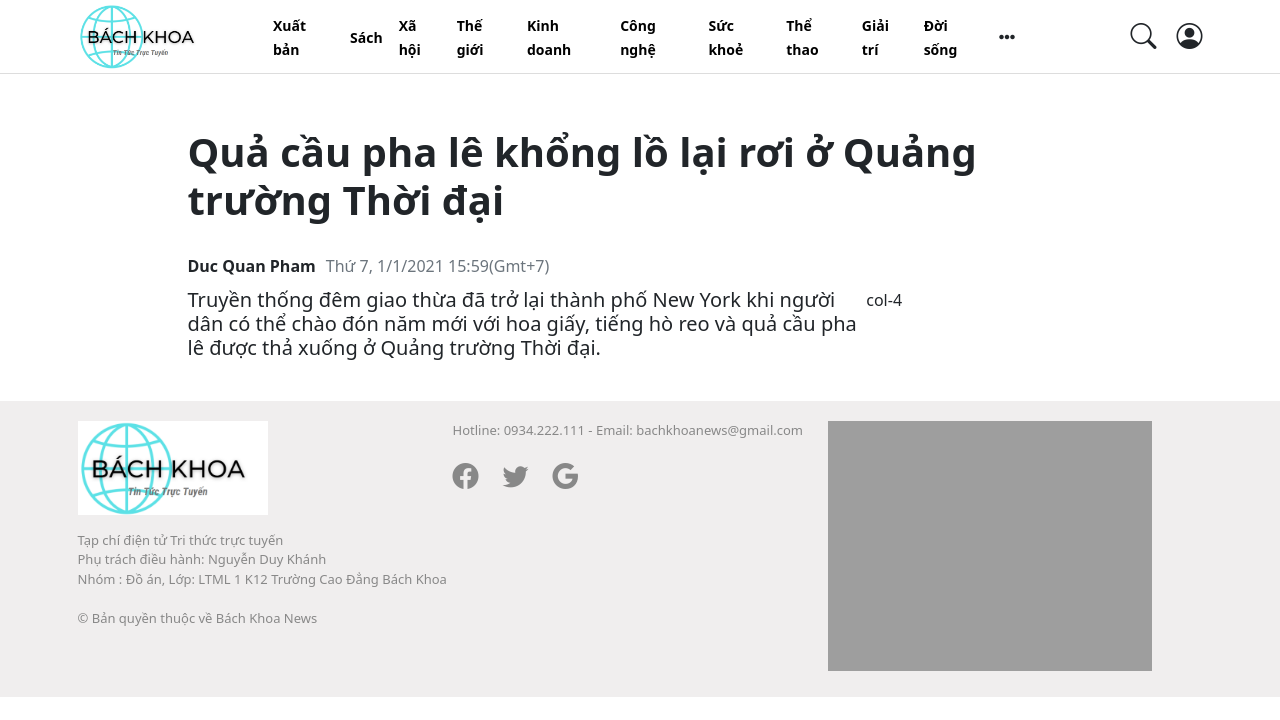
Repository: khanh2324/Java_Web
Page: WebContent/home-new/index.html
These files come from the project's save history. The page is drawn as it stood at one moment and after the next save; the edit follows.
The browser window is 1280 px wide. The pictures show the whole page.
Pictures or frames that could not be fetched are drawn as grey boxes. Some web libraries are served in a nearby version.

Above is the page before, as saved 2022-01-01 16:13:51.

### WebContent/home-new/index.html
<!DOCTYPE html>
<html lang="en">
<head>
    <meta charset="UTF-8">
    <meta http-equiv="X-UA-Compatible" content="IE=edge">
    <meta name="viewport" content="width=device-width, initial-scale=1.0">
    <title>Bách Khoa News</title>
    <!-- Icon Boostrap -->
    <link rel="stylesheet" href="https://cdn.jsdelivr.net/npm/bootstrap-icons@1.3.0/font/bootstrap-icons.css">
    <!-- Link Font -->
    <link href="https://fonts.googleapis.com/css2?family=Roboto:ital,wght@0,100;0,300;0,400;0,500;0,700;0,900;1,100;1,300;1,400;1,500;1,700;1,900&display=swap" rel="stylesheet">

    <!-- OWL -->
    <link rel="stylesheet" href="./css/owl.carousel.min.css">
    <link rel="stylesheet" href="./css/owl.theme.default.min.css">

    <!--Font Awesome -->
    <link rel="stylesheet" href="https://cdnjs.cloudflare.com/ajax/libs/font-awesome/5.15.4/css/all.min.css" integrity="sha512-1ycn6IcaQQ40/MKBW2W4Rhis/DbILU74C1vSrLJxCq57o941Ym01SwNsOMqvEBFlcgUa6xLiPY/NS5R+E6ztJQ==" crossorigin="anonymous" referrerpolicy="no-referrer" />
    <!-- CSS-->
    <link rel="stylesheet" href="./css/bootstrap.css">
    <link rel="stylesheet" href="./css/shared.css">
    <link rel="stylesheet" href="./css/style.css">
    <link rel="stylesheet" href="./css/responsive.css">
</head>
<body>
    <div class="main">
        <!-- Header -->
        <div class="header navbar navbar-expand-lg navbar-light fixed-top d-flex">
            <div class="container">

                <div class="col-lg-2 col-10 header-logo">
                    <a class="header-logo_link" href="#">
                        <div class="header-logo_img"></div>
                    </a>
                </div>

                <div class="col-lg-8 header-nav d-flex">
                    <ul class="header-nav_list d-lg-flex d-none">
                        <li class="header-nav_item">
                            <a href="" class="header-nav_link">Xuất bản</a>
                        </li>
                        <li class="header-nav_item">
                            <a href="" class="header-nav_link">Sách</a>
                        </li>
                        <li class="header-nav_item">
                            <a href="" class="header-nav_link">Xã hội</a>
                        </li>
                        <li class="header-nav_item">
                            <a href="" class="header-nav_link">Thế giới</a>
                        </li>
                        <li class="header-nav_item">
                            <a href="" class="header-nav_link">Kinh doanh</a>
                        </li>
                        <li class="header-nav_item">
                            <a href="" class="header-nav_link">Công nghệ</a>
                        </li>
                        <li class="header-nav_item">
                            <a href="" class="header-nav_link">Sức khoẻ</a>
                        </li>
                        <li class="header-nav_item">
                            <a href="" class="header-nav_link">Thể thao</a>
                        </li>
                        <li class="header-nav_item">
                            <a href="" class="header-nav_link">Giải trí</a>
                        </li>
                        <li class="header-nav_item">
                            <a href="" class="header-nav_link">Đời sống</a>
                        </li>
                    </ul>

                    <div class="header-nav_btn">
                        <i class="fas fa-ellipsis-h"></i>
                    </div>
                </div>

                <div class="col-lg-2">
                    <div class="d-flex justify-content-end">
                        <div class="header-search">
                            <i class="bi bi-search"></i>
                        </div>

                        <div class="header-user">
                            <i class="bi bi-person-circle"></i>

                            <div class="user-options d-none">
                                <ul class="user-options_list">
                                    <li class="user-options_item">
                                        <a href="" class="user-options_link">Đăng ký</a>
                                    </li>
                                    <li class="user-options_item">
                                        <a href="" class="user-options_link">Đăng nhập</a>
                                    </li>
                                </ul>
                            </div>
                        </div>


                    </div>

                </div>
            </div>

        </div>

        <!-- Sub Nav -->
        <div class="header-subnav navbar navbar-expand-lg navbar-light fixed-top d-none">
            <div class="container flex-wrap">
                <div class="col-lg-2 header-subnav_wrap">
                    <div class="header-subnav_title">Xã Hội</div>
                    <ul class="header-subnav_list">
                        <li class="header-subnav_item">
                            <a href="" class="header-subnav_link">Chính trị</a>
                        </li>
                        <li class="header-subnav_item">
                            <a href="" class="header-subnav_link">Nhân sự mới</a>
                        </li>
                        <li class="header-subnav_item">
                            <a href="" class="header-subnav_link">Đô thị</a>
                        </li>
                        <li class="header-subnav_item">
                            <a href="" class="header-subnav_link">Giao thông</a>
                        </li>
                        <li class="header-subnav_item">
                            <a href="" class="header-subnav_link">Saigon Metro</a>
                        </li>
                        <li class="header-subnav_item">
                            <a href="" class="header-subnav_link">Sáng kiến chống dịch</a>
                        </li>
                    </ul>
                </div>

                <div class="col-lg-2 header-subnav_wrap">
                    <div class="header-subnav_title">Xã Hội</div>
                    <ul class="header-subnav_list">
                        <li class="header-subnav_item">
                            <a href="" class="header-subnav_link">Chính trị</a>
                        </li>
                        <li class="header-subnav_item">
                            <a href="" class="header-subnav_link">Nhân sự mới</a>
                        </li>
                        <li class="header-subnav_item">
                            <a href="" class="header-subnav_link">Đô thị</a>
                        </li>
                        <li class="header-subnav_item">
                            <a href="" class="header-subnav_link">Giao thông</a>
                        </li>
                        <li class="header-subnav_item">
                            <a href="" class="header-subnav_link">Saigon Metro</a>
                        </li>
                        <li class="header-subnav_item">
                            <a href="" class="header-subnav_link">Sáng kiến chống dịch</a>
                        </li>
                    </ul>
                </div>

                <div class="col-lg-2 header-subnav_wrap">
                    <div class="header-subnav_title">Xã Hội</div>
                    <ul class="header-subnav_list">
                        <li class="header-subnav_item">
                            <a href="" class="header-subnav_link">Chính trị</a>
                        </li>
                        <li class="header-subnav_item">
                            <a href="" class="header-subnav_link">Nhân sự mới</a>
                        </li>
                        <li class="header-subnav_item">
                            <a href="" class="header-subnav_link">Đô thị</a>
                        </li>
                        <li class="header-subnav_item">
                            <a href="" class="header-subnav_link">Giao thông</a>
                        </li>
                        <li class="header-subnav_item">
                            <a href="" class="header-subnav_link">Saigon Metro</a>
                        </li>
                        <li class="header-subnav_item">
                            <a href="" class="header-subnav_link">Sáng kiến chống dịch</a>
                        </li>
                    </ul>
                </div>

                <div class="col-lg-2 header-subnav_wrap">
                    <div class="header-subnav_title">Xã Hội</div>
                    <ul class="header-subnav_list">
                        <li class="header-subnav_item">
                            <a href="" class="header-subnav_link">Chính trị</a>
                        </li>
                        <li class="header-subnav_item">
                            <a href="" class="header-subnav_link">Nhân sự mới</a>
                        </li>
                        <li class="header-subnav_item">
                            <a href="" class="header-subnav_link">Đô thị</a>
                        </li>
                        <li class="header-subnav_item">
                            <a href="" class="header-subnav_link">Giao thông</a>
                        </li>
                        <li class="header-subnav_item">
                            <a href="" class="header-subnav_link">Saigon Metro</a>
                        </li>
                        <li class="header-subnav_item">
                            <a href="" class="header-subnav_link">Sáng kiến chống dịch</a>
                        </li>
                    </ul>
                </div>

                <div class="col-lg-2 header-subnav_wrap">
                    <div class="header-subnav_title">Xã Hội</div>
                    <ul class="header-subnav_list">
                        <li class="header-subnav_item">
                            <a href="" class="header-subnav_link">Chính trị</a>
                        </li>
                        <li class="header-subnav_item">
                            <a href="" class="header-subnav_link">Nhân sự mới</a>
                        </li>
                        <li class="header-subnav_item">
                            <a href="" class="header-subnav_link">Đô thị</a>
                        </li>
                        <li class="header-subnav_item">
                            <a href="" class="header-subnav_link">Giao thông</a>
                        </li>
                        <li class="header-subnav_item">
                            <a href="" class="header-subnav_link">Saigon Metro</a>
                        </li>
                        <li class="header-subnav_item">
                            <a href="" class="header-subnav_link">Sáng kiến chống dịch</a>
                        </li>
                    </ul>
                </div>

                <div class="col-lg-2 header-subnav_wrap">
                    <div class="header-subnav_title">Xã Hội</div>
                    <ul class="header-subnav_list">
                        <li class="header-subnav_item">
                            <a href="" class="header-subnav_link">Chính trị</a>
                        </li>
                        <li class="header-subnav_item">
                            <a href="" class="header-subnav_link">Nhân sự mới</a>
                        </li>
                        <li class="header-subnav_item">
                            <a href="" class="header-subnav_link">Đô thị</a>
                        </li>
                        <li class="header-subnav_item">
                            <a href="" class="header-subnav_link">Giao thông</a>
                        </li>
                        <li class="header-subnav_item">
                            <a href="" class="header-subnav_link">Saigon Metro</a>
                        </li>
                        <li class="header-subnav_item">
                            <a href="" class="header-subnav_link">Sáng kiến chống dịch</a>
                        </li>
                    </ul>
                </div>

                <div class="col-lg-2 header-subnav_wrap">
                    <div class="header-subnav_title">Xã Hội</div>
                    <ul class="header-subnav_list">
                        <li class="header-subnav_item">
                            <a href="" class="header-subnav_link">Chính trị</a>
                        </li>
                        <li class="header-subnav_item">
                            <a href="" class="header-subnav_link">Nhân sự mới</a>
                        </li>
                        <li class="header-subnav_item">
                            <a href="" class="header-subnav_link">Đô thị</a>
                        </li>
                        <li class="header-subnav_item">
                            <a href="" class="header-subnav_link">Giao thông</a>
                        </li>
                        <li class="header-subnav_item">
                            <a href="" class="header-subnav_link">Saigon Metro</a>
                        </li>
                        <li class="header-subnav_item">
                            <a href="" class="header-subnav_link">Sáng kiến chống dịch</a>
                        </li>
                    </ul>
                </div>

                <div class="col-lg-2 header-subnav_wrap">
                    <div class="header-subnav_title">Xã Hội</div>
                    <ul class="header-subnav_list">
                        <li class="header-subnav_item">
                            <a href="" class="header-subnav_link">Chính trị</a>
                        </li>
                        <li class="header-subnav_item">
                            <a href="" class="header-subnav_link">Nhân sự mới</a>
                        </li>
                        <li class="header-subnav_item">
                            <a href="" class="header-subnav_link">Đô thị</a>
                        </li>
                        <li class="header-subnav_item">
                            <a href="" class="header-subnav_link">Giao thông</a>
                        </li>
                        <li class="header-subnav_item">
                            <a href="" class="header-subnav_link">Saigon Metro</a>
                        </li>
                        <li class="header-subnav_item">
                            <a href="" class="header-subnav_link">Sáng kiến chống dịch</a>
                        </li>
                    </ul>
                </div>

                <div class="col-lg-2 header-subnav_wrap">
                    <div class="header-subnav_title">Xã Hội</div>
                    <ul class="header-subnav_list">
                        <li class="header-subnav_item">
                            <a href="" class="header-subnav_link">Chính trị</a>
                        </li>
                        <li class="header-subnav_item">
                            <a href="" class="header-subnav_link">Nhân sự mới</a>
                        </li>
                        <li class="header-subnav_item">
                            <a href="" class="header-subnav_link">Đô thị</a>
                        </li>
                        <li class="header-subnav_item">
                            <a href="" class="header-subnav_link">Giao thông</a>
                        </li>
                        <li class="header-subnav_item">
                            <a href="" class="header-subnav_link">Saigon Metro</a>
                        </li>
                        <li class="header-subnav_item">
                            <a href="" class="header-subnav_link">Sáng kiến chống dịch</a>
                        </li>
                    </ul>
                </div>

                <div class="col-lg-2 header-subnav_wrap">
                    <div class="header-subnav_title">Xã Hội</div>
                    <ul class="header-subnav_list">
                        <li class="header-subnav_item">
                            <a href="" class="header-subnav_link">Chính trị</a>
                        </li>
                        <li class="header-subnav_item">
                            <a href="" class="header-subnav_link">Nhân sự mới</a>
                        </li>
                        <li class="header-subnav_item">
                            <a href="" class="header-subnav_link">Đô thị</a>
                        </li>
                        <li class="header-subnav_item">
                            <a href="" class="header-subnav_link">Giao thông</a>
                        </li>
                        <li class="header-subnav_item">
                            <a href="" class="header-subnav_link">Saigon Metro</a>
                        </li>
                        <li class="header-subnav_item">
                            <a href="" class="header-subnav_link">Sáng kiến chống dịch</a>
                        </li>
                    </ul>
                </div>

                <div class="col-lg-2 header-subnav_wrap">
                    <div class="header-subnav_title">Xã Hội</div>
                    <ul class="header-subnav_list">
                        <li class="header-subnav_item">
                            <a href="" class="header-subnav_link">Chính trị</a>
                        </li>
                        <li class="header-subnav_item">
                            <a href="" class="header-subnav_link">Nhân sự mới</a>
                        </li>
                        <li class="header-subnav_item">
                            <a href="" class="header-subnav_link">Đô thị</a>
                        </li>
                        <li class="header-subnav_item">
                            <a href="" class="header-subnav_link">Giao thông</a>
                        </li>
                        <li class="header-subnav_item">
                            <a href="" class="header-subnav_link">Saigon Metro</a>
                        </li>
                        <li class="header-subnav_item">
                            <a href="" class="header-subnav_link">Sáng kiến chống dịch</a>
                        </li>
                    </ul>
                </div>

                <div class="col-lg-2 header-subnav_wrap">
                    <div class="header-subnav_title">Xã Hội</div>
                    <ul class="header-subnav_list">
                        <li class="header-subnav_item">
                            <a href="" class="header-subnav_link">Chính trị</a>
                        </li>
                        <li class="header-subnav_item">
                            <a href="" class="header-subnav_link">Nhân sự mới</a>
                        </li>
                        <li class="header-subnav_item">
                            <a href="" class="header-subnav_link">Đô thị</a>
                        </li>
                        <li class="header-subnav_item">
                            <a href="" class="header-subnav_link">Giao thông</a>
                        </li>
                        <li class="header-subnav_item">
                            <a href="" class="header-subnav_link">Saigon Metro</a>
                        </li>
                        <li class="header-subnav_item">
                            <a href="" class="header-subnav_link">Sáng kiến chống dịch</a>
                        </li>
                    </ul>
                </div>


            </div>
        </div>
        <!-- Content -->
        <div class="content category layout-container">
            <div class="container">
                <h1 class="title">Quả cầu pha lê khổng lồ lại rơi ở Quảng trường Thời đại</h1>
                <div class="d-flex mt-5">
                    <p class="category-title_name"><strong>Duc Quan Pham</strong></p>
                    <p class="category-title_time ms-3 text-muted">Thứ 7, 1/1/2021 15:59(Gmt+7)</p>
                </div>
                <div class="content-hot d-flex mt-xxl-5">

                        <div class="col-9">
                            <h2 class="category-heading align-justify ">
                                Truyền thống đêm giao thừa đã trở lại thành phố New York khi người dân có thể chào đón năm mới với hoa giấy, tiếng hò reo và quả cầu pha lê được thả xuống ở Quảng trường Thời đại.
                            </h2>
                        </div>
                        <div class="col-3">col-4</div>
                </div>
            </div>
        </div>
        <div class="footer">
            <div class="container">
                <div class="footer-wrap d-flex justify-content-start flex-wrap">
                    <div class="col-lg-4 col-6">
                        <div class="footer-logo"></div>
                        <div class="footer-content">
                            <span>Tạp chí điện tử Tri thức trực tuyến</span><br>
                            <span>Phụ trách điều hành: Nguyễn Duy Khánh</span><br>
                            <span>Nhóm : Đồ án, Lớp: LTML 1 K12 Trường Cao Đẳng Bách Khoa</span> <br><br>
                            <span>&copy; Bản quyền thuộc về Bách Khoa News</span>
                        </div>
                    </div>

                    <div class="col-lg-4 col-6">
                        <div class="footer-contact">
                            <div>
                                Hotline: 0934.222.111 - Email: bachkhoanews@gmail.com
                            </div>
                            <div class="footer-social d-flex">
                                <a href=""><i class="bi bi-facebook"></i></a>
                                <a href=""><i class="bi bi-twitter"></i></a>
                                <a href=""><i class="bi bi-google"></i></a>
                            </div>
                        </div>
                    </div>

                    <div class="col-lg-4 col-12">
                        <iframe src="https://www.facebook.com/plugins/page.php?href=https%3A%2F%2Fwww.facebook.com%2FB%25C3%25A1ch-Khoa-News-101628475737965%2F%3Fref%3Dpages_you_manage&tabs=timeline&width=324&height=250&small_header=true&adapt_container_width=true&hide_cover=false&show_facepile=true&appId" width="324" height="250" style="border:none;overflow:hidden" scrolling="no" frameborder="0" allowfullscreen="true" allow="autoplay; clipboard-write; encrypted-media; picture-in-picture; web-share"></iframe>
                    </div>
                </div>
            </div>
        </div>
    </div>

    <script type="text/javascript" src="http://ajax.googleapis.com/ajax/libs/jquery/2.1.3/jquery.min.js"> </script>
    <script src="./js/owl.carousel.min.js"></script>
    <script>

        $(document).ready(function(){
            $('.owl-carousel').owlCarousel({
                loop: false,
                margin:10,
                nav: true,
                dots: false,
                slideBy: 5,
                rewind: false,
                responsive:{
                    0:{
                        items:1
                    },
                    600:{
                        items:3
                    },
                    1000:{
                        items:5
                    }
                }
            })

            // Sub nav
            $('.header-nav_btn').click(function() {
                var SubNavNone = $('.header-subnav').hasClass('d-none');
                if (SubNavNone) {
                    $('.header-subnav').removeClass('d-none');
                }
                else {
                    $('.header-subnav').addClass("d-none");
                }
            })

            $('.header-user').click(function() {
                var UserNone = $('.user-options').hasClass('d-none');
                if (UserNone) {
                    $('.user-options').removeClass('d-none');
                }
                else {
                    $('.user-options').addClass("d-none");
                }
            })
        });




    </script>
</body>
</html>

Loaded but not shown: WebContent/home-new/css/owl.carousel.min.css (library); WebContent/home-new/css/owl.theme.default.min.css (common file); WebContent/home-new/css/bootstrap.css (library); WebContent/home-new/js/owl.carousel.min.js (library); WebContent/home-new/css/style.css (172 lines, source omitted); WebContent/home-new/css/shared.css (56 lines, source omitted); WebContent/home-new/css/responsive.css (23 lines, source omitted)

After the next save:
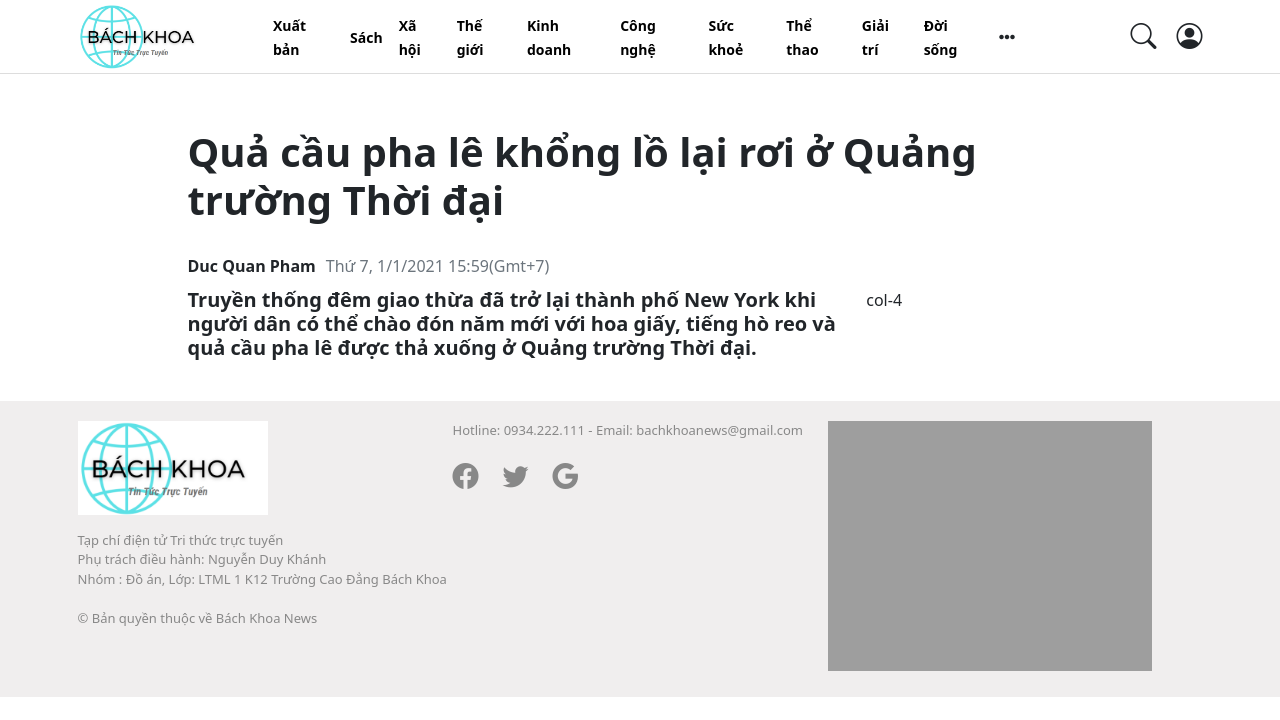
Saved 15 s later.
--- a/WebContent/home-new/index.html
+++ b/WebContent/home-new/index.html
@@ -408,7 +408,10 @@
 
                         <div class="col-9">
                             <h2 class="category-heading align-justify ">
-                                Truyền thống đêm giao thừa đã trở lại thành phố New York khi người dân có thể chào đón năm mới với hoa giấy, tiếng hò reo và quả cầu pha lê được thả xuống ở Quảng trường Thời đại.
+                               <strong>
+
+                                   Truyền thống đêm giao thừa đã trở lại thành phố New York khi người dân có thể chào đón năm mới với hoa giấy, tiếng hò reo và quả cầu pha lê được thả xuống ở Quảng trường Thời đại.
+                               </strong>
                             </h2>
                         </div>
                         <div class="col-3">col-4</div>
